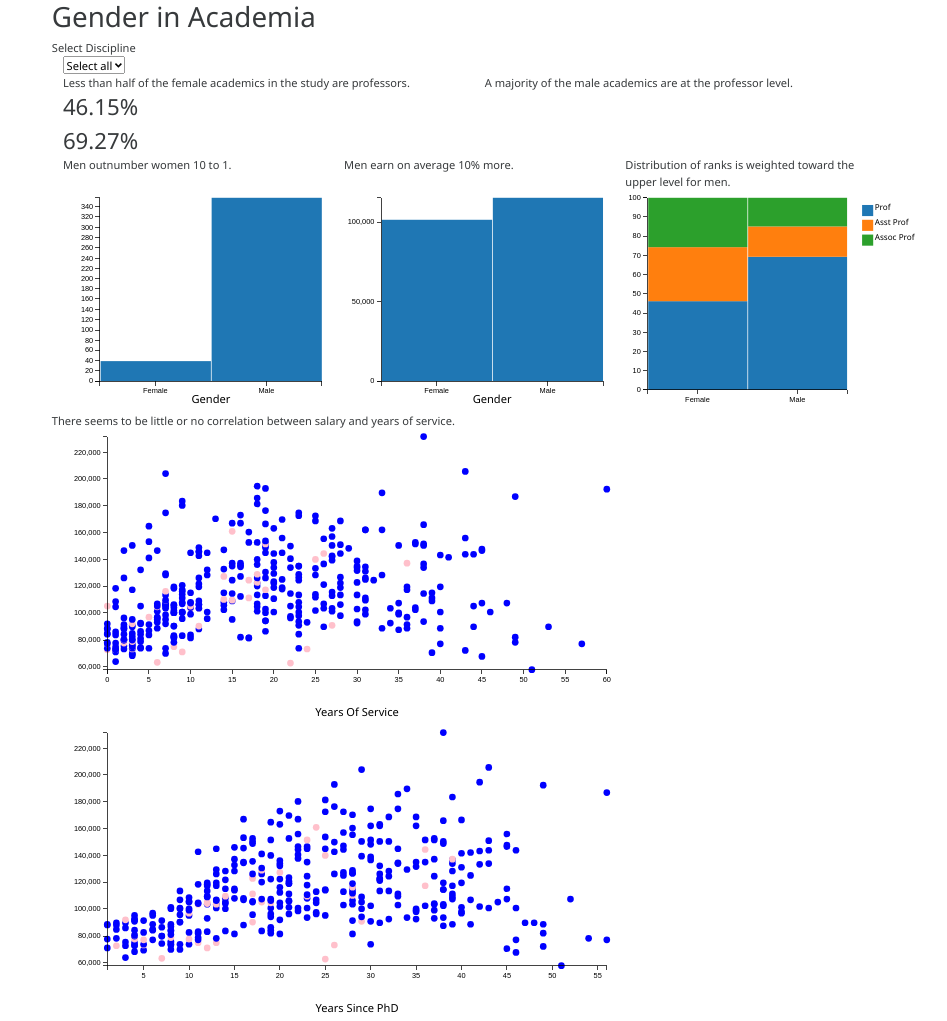
Repository: BrendanMolloy/dashboard
Page: index.html
The author's editor kept a record of every edit. The page is drawn from the files as they stood at one moment, then again after the next edit.
The browser window is 1280 px wide. The pictures show the whole page, at 74% of full size.

Above is the page before.

### index.html
<!DOCTYPE html>
<html lang="en">

<head>
    <meta charset="UTF-8">
    <meta name="viewport" content="width=device-width, initial-scale=1.0">
    <meta http-equiv="X-UA-Compatible" content="ie=edge">
    <title>Gender in Academia</title>

    <link rel="stylesheet" href="static/css/bootstrap.min.css" type="text/css" />
    <link rel="stylesheet" href="static/css/dc.min.css" type="text/css">
    <link rel="stylesheet" href="static/css/style.css" type="text/css">

    <script type="text/javascript" src="static/js/d3.min.js"></script>
    <script type="text/javascript" src="static/js/crossfilter.min.js"></script>
    <script type="text/javascript" src="static/js/dc.min.js"></script>
    <script type="text/javascript" src="static/js/queue.min.js"></script>
    <script type="text/javascript" src="static/js/graph.js"></script>

</head>

<body>

    <div class="container">

        <div class="row">
            <h1>Gender in Academia</h1>
        </div>

        <div class="row">
            <div clas="col-md-offset-5">Select Discipline</div>
        </div>
        <div class="row">
            <div clas="col-md-offset-5" id="discipline-selector"></div>
        </div>


        <div class="row">
        <div class="col-md-6">Less than half of the female academics in the study are professors.</div>
        <div class="col-md-6">A majority of the male academics are at the professor level.</div>
        </div>
        <div class="row">
        <div class="number-box col-md-6" id="percent-of-women-professors"></div>
        <div class="number-box col-md-6" id="percent-of-men-professors"></div>
        </div>

        <div class="row">
        <div class="col-md-4">Men outnumber women 10 to 1.</div>
        <div class="col-md-4">Men earn on average 10% more.</div>
        <div class="col-md-4">Distribution of ranks is weighted toward the upper level for men.</div>
        </div>
        <div class="row">
        <div class="col-md-4" id="gender-balance"></div>
        <div class="col-md-4" id="average-salary"></div>
        <div class="col-md-4" id="rank-distribution"></div>
        </div>

        <div class="row">
        <div class="col-md-offset-2">There seems to be little or no correlation between salary and years of service.</div>
        </div>
        <div class="row">
        <div class="col-md-offset-2" id="service-salary"></div>
        </div>

        <div class="row">
        <div class="col-md-offset-2"></div>
        </div>
        <div class="row">
        <div class="col-md-offset-2" id="phd-salary"></div>
        </div>
    </div>

</body>

</html>

### static/css/style.css
.navbar-default {
	background-image: none;
	margin-bottom: 0;
}

.section-heading, #discipline-selector {
	display: inline-block;
	float: none;
	margin: 0;
}

.section-heading {
	margin-bottom: 50px;
}

#discipline-selector {
	margin-left: 15px;
}

.number-box {
	margin-right: 75px;
}

.number-box, .fa.fa-gender {
    font-size: 30px;
    font-weight: 500;
}

.fa-gender {
	margin-right: 10px;
}

.custom-chart {
	margin-bottom: 40px;
}

.section {
	border-bottom: 1px solid #e6e6e6;
	padding: 30px 0;
}

.section-paragraph {
	line-height: 1.2;
}

### static/js/graph.js
queue()
    .defer(d3.csv, "data/Salaries.csv")
    .await(makeGraphs);

function makeGraphs(error, salaryData) {
    var ndx = crossfilter(salaryData);

    salaryData.forEach(function(d){
        d.salary = parseInt(d.salary);
        d.yrs_service = parseInt(d["yrs.service"]);
        d.yrs_since_phd = parseInt(d["yrs.since.phd"]);
    })

    show_discipline_selector(ndx);

    show_percent_that_are_professors(ndx, "Female", "#percent-of-women-professors");
    show_percent_that_are_professors(ndx, "Male", "#percent-of-men-professors");

    show_gender_balance(ndx);
    show_average_salary(ndx);
    show_rank_distribution(ndx);

    show_service_to_salary_correlation(ndx);
    show_phd_to_salary_correlation(ndx);

    dc.renderAll();
}


function show_discipline_selector(ndx) {
    var dim = ndx.dimension(dc.pluck('discipline'));
    var group = dim.group();

    dc.selectMenu("#discipline-selector")
        .dimension(dim)
        .group(group);
}


function show_percent_that_are_professors(ndx, gender, element) {
    var percentageThatAreProf = ndx.groupAll().reduce(
        function(p, v) {
            if (v.sex === gender) {
                p.count++;
                if(v.rank === "Prof") {
                    p.are_prof++;
                }
            }
            return p;
        },
        function(p, v) {
            if (v.sex === gender) {
                p.count--;
                if(v.rank === "Prof") {
                    p.are_prof--;
                }
            }
            return p;
        },
        function() {
            return {count: 0, are_prof: 0};
        },
    );

    dc.numberDisplay(element)
        .formatNumber(d3.format(".2%"))
        .valueAccessor(function (d) {
            if (d.count == 0) {
                return 0;
            } else {
                return (d.are_prof / d.count);
            }
        })
        .group(percentageThatAreProf)
}


function show_gender_balance(ndx) {
    var dim = ndx.dimension(dc.pluck('sex'));
    var group = dim.group();

    dc.barChart("#gender-balance")
        .width(400)
        .height(300)
        .margins({top: 10, right: 50, bottom: 30, left: 50})
        .dimension(dim)
        .group(group)
        .transitionDuration(500)
        .x(d3.scale.ordinal())
        .xUnits(dc.units.ordinal)
        .xAxisLabel("Gender")
        .yAxis().ticks(20);
}


function show_average_salary(ndx) {
    var dim = ndx.dimension(dc.pluck('sex'));

    function add_item(p, v) {
        p.count++;
        p.total += v.salary;
        p.average = p.total / p.count;
        return p;
    }

    function remove_item(p, v) {
        p.count--;
        if(p.count == 0) {
            p.total = 0;
            p.average = 0;
        } else {
            p.total -= v.salary;
            p.average = p.total / p.count;
        }
        return p;
    }

    function initialise() {
        return {count: 0, total: 0, average: 0};
    }

    var averageSalaryByGender = dim.group().reduce(add_item, remove_item, initialise);

    dc.barChart("#average-salary")
        .width(400)
        .height(300)
        .margins({top: 10, right: 50, bottom: 30, left: 50})
        .dimension(dim)
        .group(averageSalaryByGender)
        .valueAccessor(function(d){
            return d.value.average.toFixed(2);
        })
        .transitionDuration(500)
        .x(d3.scale.ordinal())
        .xUnits(dc.units.ordinal)
        .elasticY(true)
        .xAxisLabel("Gender")
        .yAxis().ticks(4);
}


function show_rank_distribution(ndx) {

    function rankByGender(dimension, rank) {
        return dimension.group().reduce(
            function (p, v) {
                p.total++;
                if(v.rank == rank) {
                    p.match++;
                }
                return p;
            },
            function (p, v) {
                p.total--;
                if(v.rank == rank) {
                    p.match--;
                }
                return p;
            },
            function () {
                return {total: 0, match: 0};
            }
        );
    }

    var dim = ndx.dimension(dc.pluck("sex"));
    var profByGender = rankByGender(dim, "Prof");
    var asstProfByGender = rankByGender(dim, "AsstProf");
    var assocProfByGender = rankByGender(dim, "AssocProf");

    dc.barChart("#rank-distribution")
        .width(400)
        .height(300)
        .dimension(dim)
        .group(profByGender, "Prof")
        .stack(asstProfByGender, "Asst Prof")
        .stack(assocProfByGender, "Assoc Prof")
        .valueAccessor(function(d) {
            if(d.value.total > 0) {
                return (d.value.match / d.value.total) * 100;
            } else {
                return 0;
            }
        })
        .x(d3.scale.ordinal())
        .xUnits(dc.units.ordinal)
        .legend(dc.legend().x(320).y(20).itemHeight(15).gap(5))
        .margins({top: 10, right: 100, bottom: 30, left: 30});
}


function show_service_to_salary_correlation(ndx) {

    var genderColors = d3.scale.ordinal()
        .domain(["Female", "Male"])
        .range(["pink", "blue"]);

    var eDim = ndx.dimension(dc.pluck("yrs_service"));
    var experienceDim = ndx.dimension(function(d) {
       return [d.yrs_service, d.salary, d.rank, d.sex];
    });
    var experienceSalaryGroup = experienceDim.group();

    var minExperience = eDim.bottom(1)[0].yrs_service;
    var maxExperience = eDim.top(1)[0].yrs_service;

    dc.scatterPlot("#service-salary")
        .width(800)
        .height(400)
        .x(d3.scale.linear().domain([minExperience, maxExperience]))
        .brushOn(false)
        .symbolSize(8)
        .clipPadding(10)
        .xAxisLabel("Years Of Service")
        .title(function(d) {
            return d.key[2] + " earned " + d.key[1];
        })
        .colorAccessor(function (d) {
            return d.key[3];
        })
        .colors(genderColors)
        .dimension(experienceDim)
        .group(experienceSalaryGroup)
        .margins({top: 10, right: 50, bottom: 75, left: 75});
}

function show_phd_to_salary_correlation(ndx) {

    var genderColors = d3.scale.ordinal()
        .domain(["Female", "Male"])
        .range(["pink", "blue"]);

    var pDim = ndx.dimension(dc.pluck("yrs_since_phd"));
    var phdDim = ndx.dimension(function(d) {
       return [d.yrs_since_phd, d.salary, d.rank, d.sex];
    });
    var phdSalaryGroup = phdDim.group();

    var minPhd = pDim.bottom(1)[0].yrs_since_phd;
    var maxPhd = pDim.top(1)[0].yrs_since_phd;

    dc.scatterPlot("#phd-salary")
        .width(800)
        .height(400)
        .x(d3.scale.linear().domain([minPhd, maxPhd]))
        .brushOn(false)
        .symbolSize(8)
        .clipPadding(10)
        .xAxisLabel("Years Since PhD")
        .title(function(d) {
            return d.key[2] + " earned " + d.key[1];
        })
        .colorAccessor(function (d) {
            return d.key[3];
        })
        .colors(genderColors)
        .dimension(phdDim)
        .group(phdSalaryGroup)
        .margins({top: 10, right: 50, bottom: 75, left: 75});
}

Loaded but not shown: static/css/bootstrap.min.css (library); static/css/dc.min.css (library); static/js/d3.min.js (library); static/js/crossfilter.min.js (library); static/js/dc.min.js (library); static/js/queue.min.js (common file)

After the next edit:
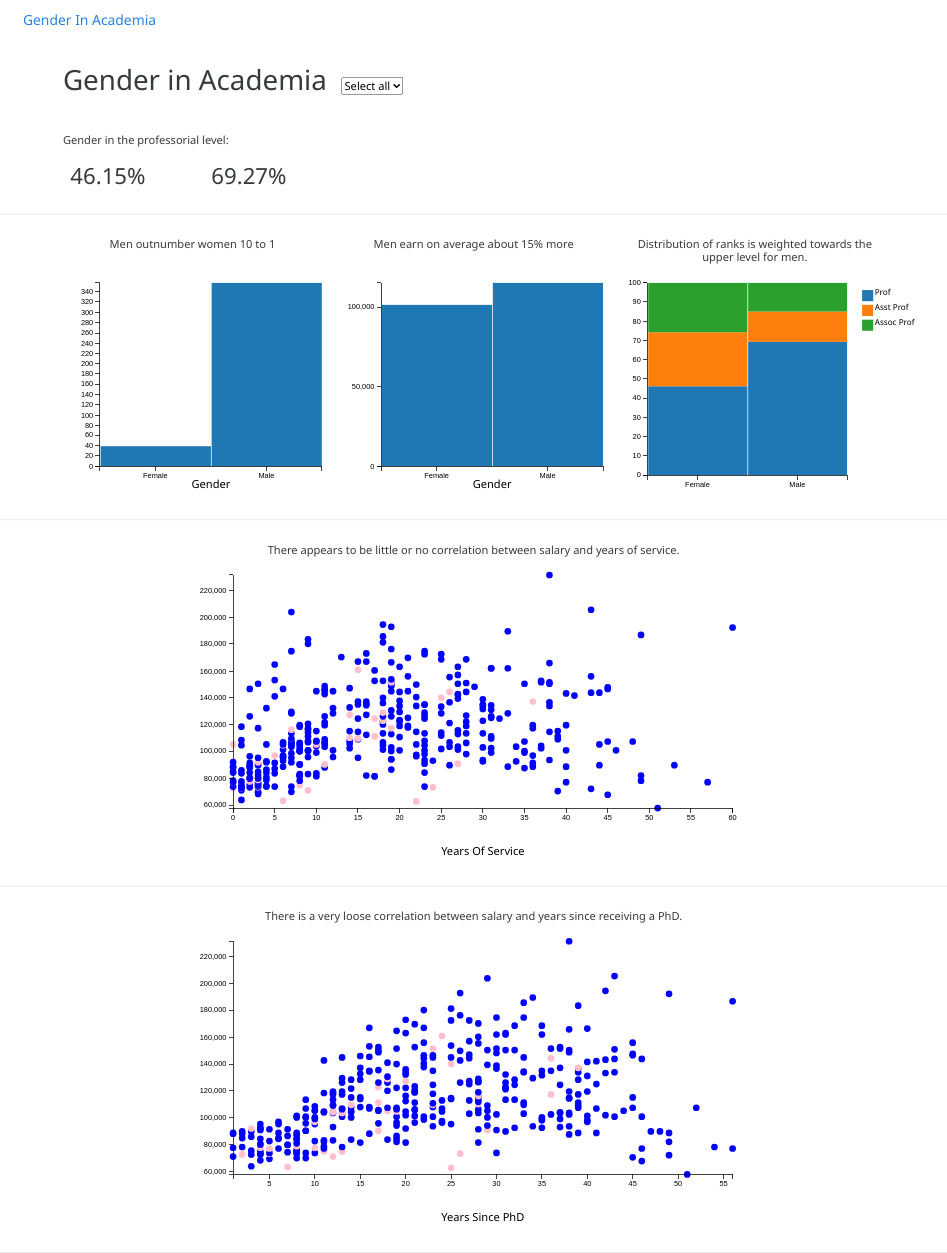
The edit:
--- a/index.html
+++ b/index.html
@@ -20,56 +20,92 @@
 </head>
 
 <body>
+    <nav class="navbar navbar-default">
+      <div class="container-fluid">
+        <div class="navbar-header">
+          <a class="navbar-brand" href="#">Gender In Academia</a>
+        </div>
+    </div>
+    </nav>
 
-    <div class="container">
+    <main>
+      <section class="section">
+        <div class="container">
 
-        <div class="row">
-            <h1>Gender in Academia</h1>
+          <div class="row">
+            <div class="col-xs-12 col-sm-12">
+              <h1 class="section-heading">Gender in Academia</h1>
+              <div id="discipline-selector"></div>
+            </div>
+          </div>
+
+          <div class="row">
+                    <div class="col-xs-12 col-sm-12">
+                        <p class="section-paragraph">Gender in the professorial level:</p>
+                    </div>
+
+            <div class="col-xs-12 col-sm-6 col-lg-6">
+                <i class="fa fa-female fa-gender" aria-hidden="true"></i> <span class="number-box" id="percent-of-women-professors"></span>
+                <i class="fa fa-male fa-gender" aria-hidden="true"></i> <span class="number-box" id="percent-of-men-professors"></span>
+            </div>
+          </div>
         </div>
-
-        <div class="row">
-            <div clas="col-md-offset-5">Select Discipline</div>
-        </div>
-        <div class="row">
-            <div clas="col-md-offset-5" id="discipline-selector"></div>
-        </div>
+    </section>
 
 
-        <div class="row">
-        <div class="col-md-6">Less than half of the female academics in the study are professors.</div>
-        <div class="col-md-6">A majority of the male academics are at the professor level.</div>
+      <section class="section">
+        <div class="container">
+
+          <div class="row">
+            <div class="col-xs-12 col-sm-4 text-center">
+              <p class="section-paragraph">Men outnumber women 10 to 1</p>
+              </div>
+              <div class="col-xs-12 col-sm-4 text-center">
+                <p class="section-paragraph">Men earn on average about 15% more</p>
+              </div>
+              <div class="col-xs-12 col-sm-4 text-center">
+                            <p class="section-paragraph">Distribution of ranks is weighted towards the upper level for men.</p>
+                        </div>
+            </div>
+
+            <div class="row">
+              <div class="col-xs-12 col-sm-4 text-center" id="gender-balance" class="custom-chart"></div>
+              <div class="col-xs-12 col-sm-4 text-center" id="average-salary" class="custom-chart"></div>
+              <div class="col-xs-12 col-sm-4 text-center" id="rank-distribution" class="custom-chart"></div>
+            </div>
+          </div>
+        </section>
+
+        <section class="section">
+          <div class="container">
+
+            <div class="row">
+              <div class="col-xs-12 col-sm-12 text-center">
+                <p class="section-paragraph">There appears to be little or no correlation between salary and years of service.</p>
+            </div>
+
+            <div class="col-xs-12 col-sm-12 text-center" id="service-salary">
+
+            </div>
+          </div>
         </div>
-        <div class="row">
-        <div class="number-box col-md-6" id="percent-of-women-professors"></div>
-        <div class="number-box col-md-6" id="percent-of-men-professors"></div>
+      </section>
+
+      <section class="section">
+        <div class="container">
+
+          <div class="row">
+            <div class="col-xs-12 col-sm-12 text-center">
+              <p class="section-paragraph">There is a very loose correlation between salary and years since receiving a PhD.</p>
+            </div>
+
+            <div class="col-xs-12 col-sm-12 text-center" id="phd-salary"></div>
+          </div>
+
         </div>
-
-        <div class="row">
-        <div class="col-md-4">Men outnumber women 10 to 1.</div>
-        <div class="col-md-4">Men earn on average 10% more.</div>
-        <div class="col-md-4">Distribution of ranks is weighted toward the upper level for men.</div>
-        </div>
-        <div class="row">
-        <div class="col-md-4" id="gender-balance"></div>
-        <div class="col-md-4" id="average-salary"></div>
-        <div class="col-md-4" id="rank-distribution"></div>
-        </div>
-
-        <div class="row">
-        <div class="col-md-offset-2">There seems to be little or no correlation between salary and years of service.</div>
-        </div>
-        <div class="row">
-        <div class="col-md-offset-2" id="service-salary"></div>
-        </div>
-
-        <div class="row">
-        <div class="col-md-offset-2"></div>
-        </div>
-        <div class="row">
-        <div class="col-md-offset-2" id="phd-salary"></div>
-        </div>
-    </div>
-
+      </section>
+    </main>
 </body>
 
+
 </html>
